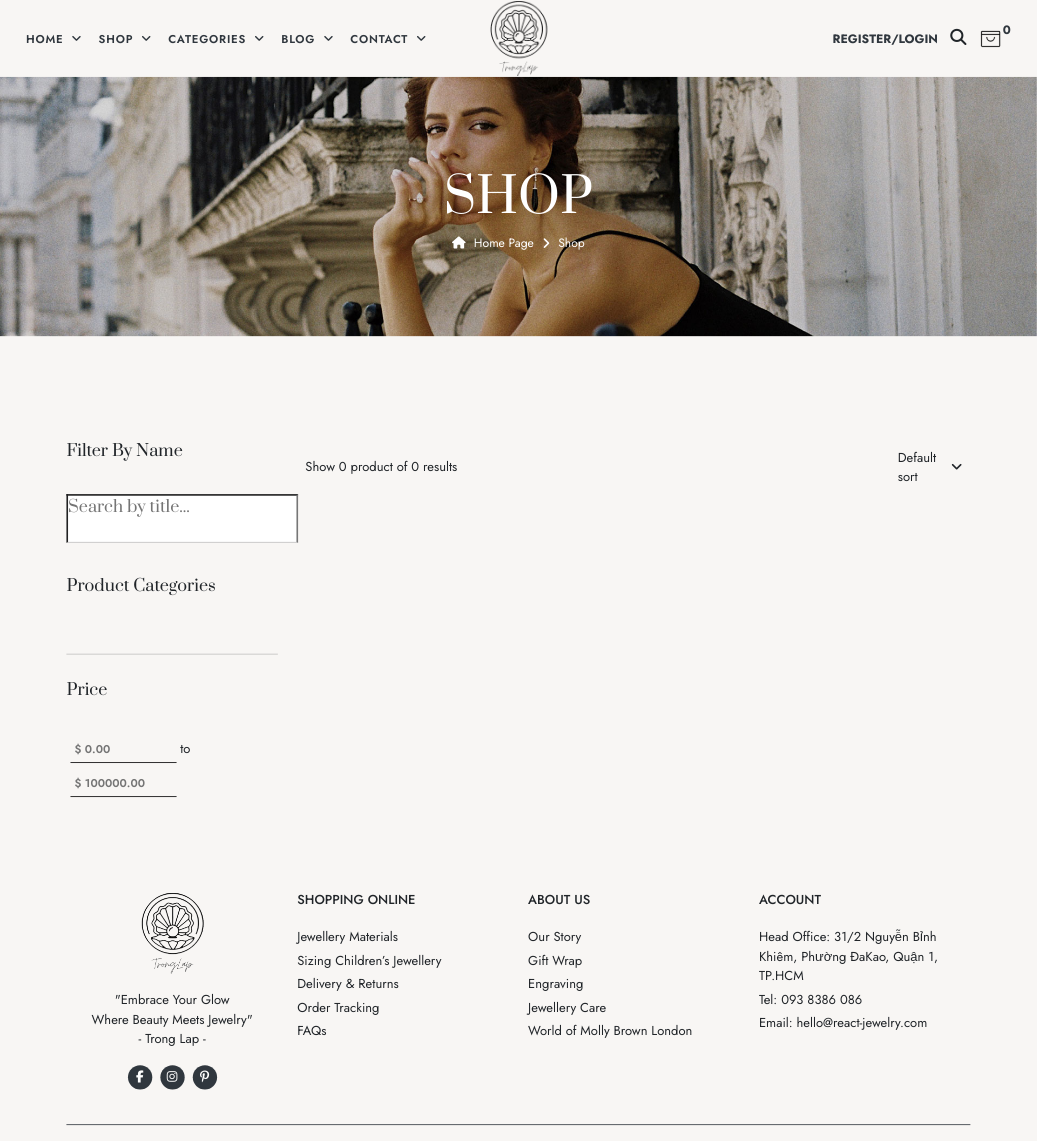
Repository: tronglap/react-jewelry
Page: /list-product
An editor plug-in stored every save of this project. The page is shown before and after the next save, followed by the edit.
The browser window is 1280 px wide. The pictures show the whole page, at 81% of full size.
The page's requests for data from a server got no answer. The project was rebuilt for these pictures with package versions that can differ from the ones it lists, and the page was loaded fresh each time. No one was signed in, and anything a server would have sent is missing. Also part of the build but not shown: src/component/Button/Button.css, src/component/Button/Button.js, src/component/SliderBar/SliderBar.css, src/component/SliderBar/SliderBar.js, src/component/Home/WWD/WWD.css, src/component/Home/WWD/WWD.js, src/component/Home/Home.css, src/component/Home/Categories/Categories.js and 14 more.

Above is the page before, as saved 2024-03-26 19:46:54.

After the next save:
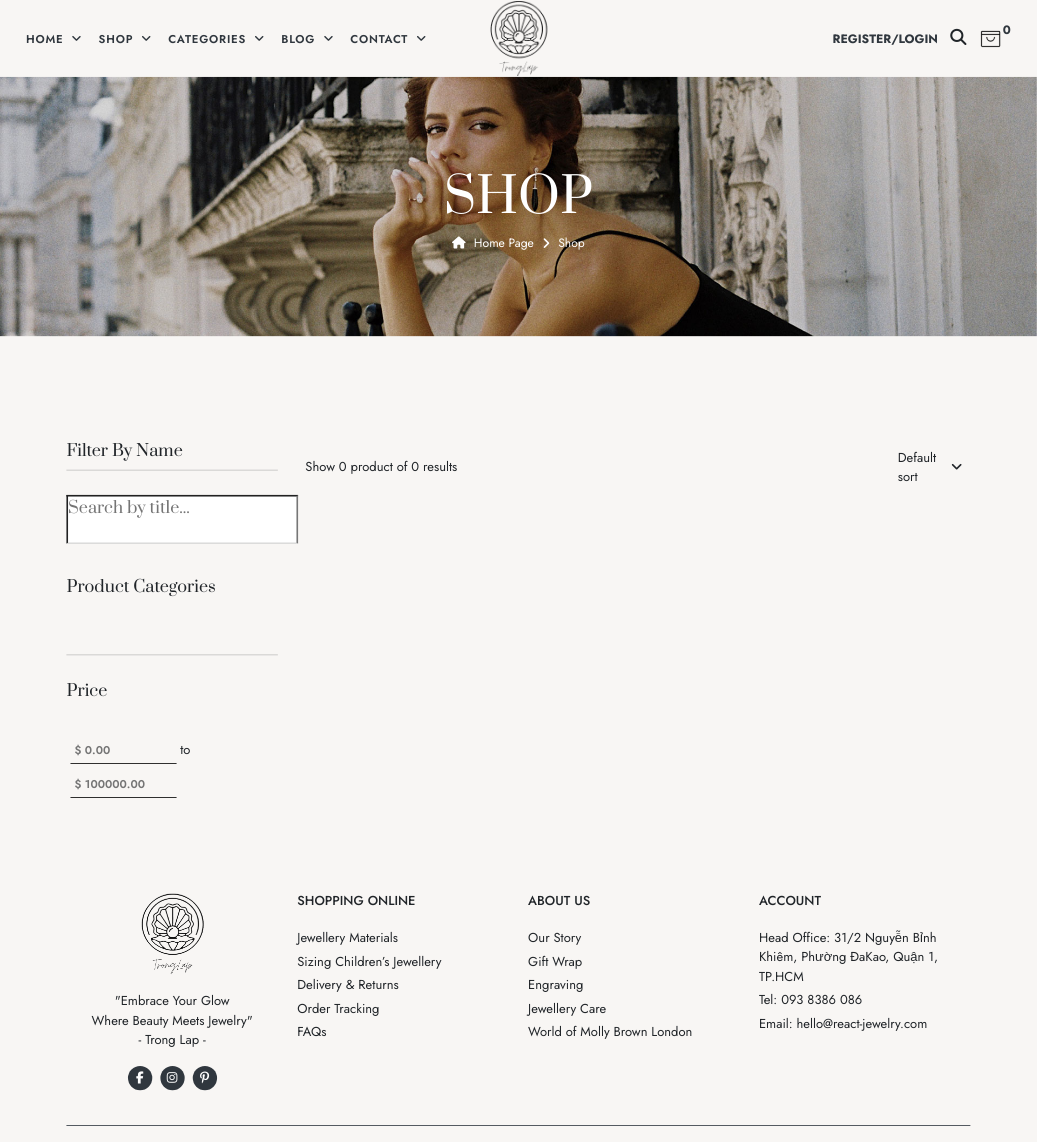
Saved 37 min 35 s later.
--- a/src/component/ListProduct/ListProduct.css
+++ b/src/component/ListProduct/ListProduct.css
@@ -13,7 +13,9 @@
     padding-bottom: 10px;
 }
 
-.ListProduct .box_product .FBN .filterbyname {}
+.ListProduct .box_product .FBN .filterbyname {
+    border-bottom: 1px solid rgba(128, 128, 128, 0.5);
+}
 
 .ListProduct .box_product .FBN input {
     border-bottom: 1px solid rgba(128, 128, 128, 0.5);

After the save that followed:
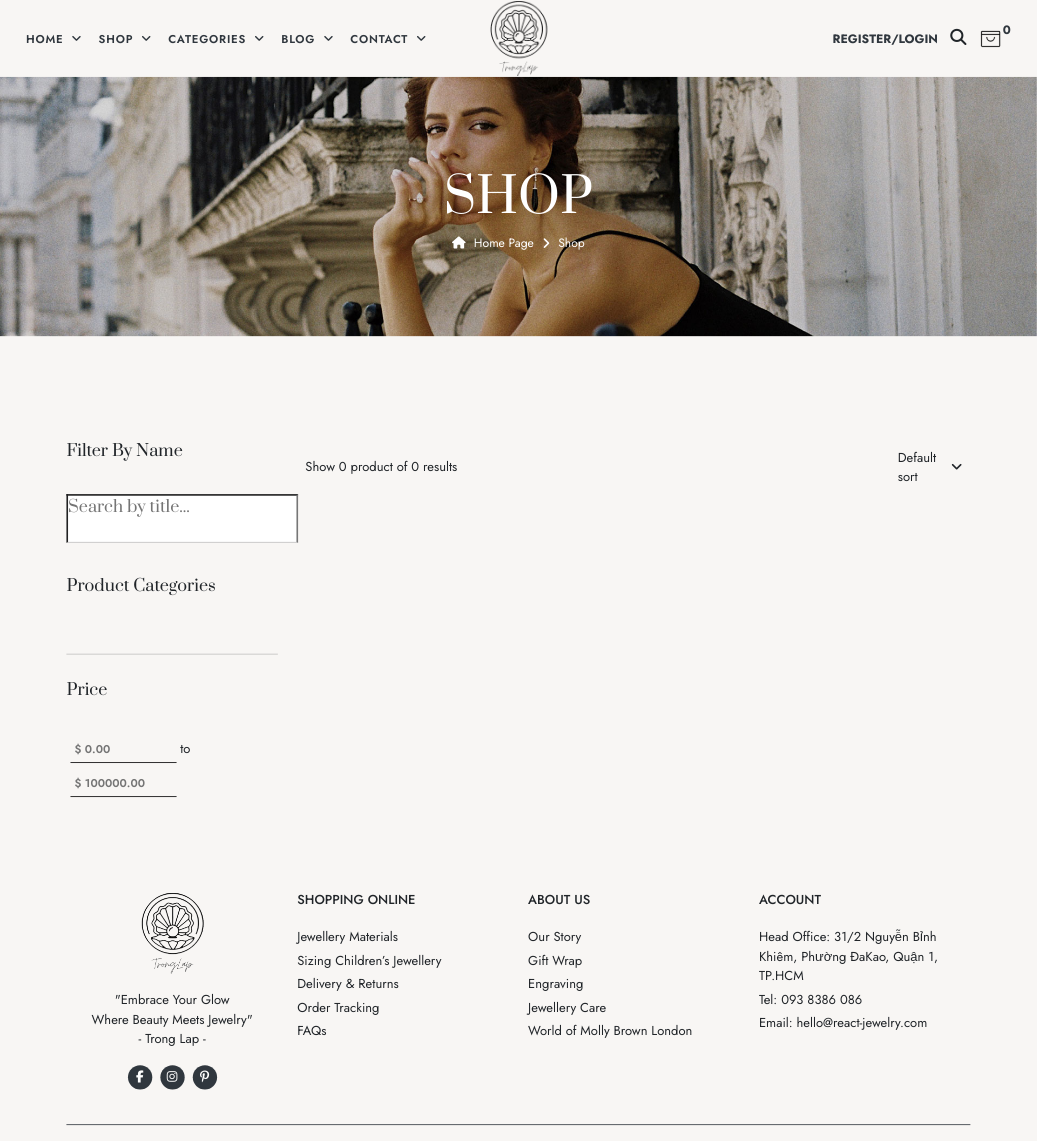
Saved 15 s later.
--- a/src/component/ListProduct/ListProduct.css
+++ b/src/component/ListProduct/ListProduct.css
@@ -13,9 +13,7 @@
     padding-bottom: 10px;
 }
 
-.ListProduct .box_product .FBN .filterbyname {
-    border-bottom: 1px solid rgba(128, 128, 128, 0.5);
-}
+.ListProduct .box_product .FBN .filterbyname {}
 
 .ListProduct .box_product .FBN input {
     border-bottom: 1px solid rgba(128, 128, 128, 0.5);
